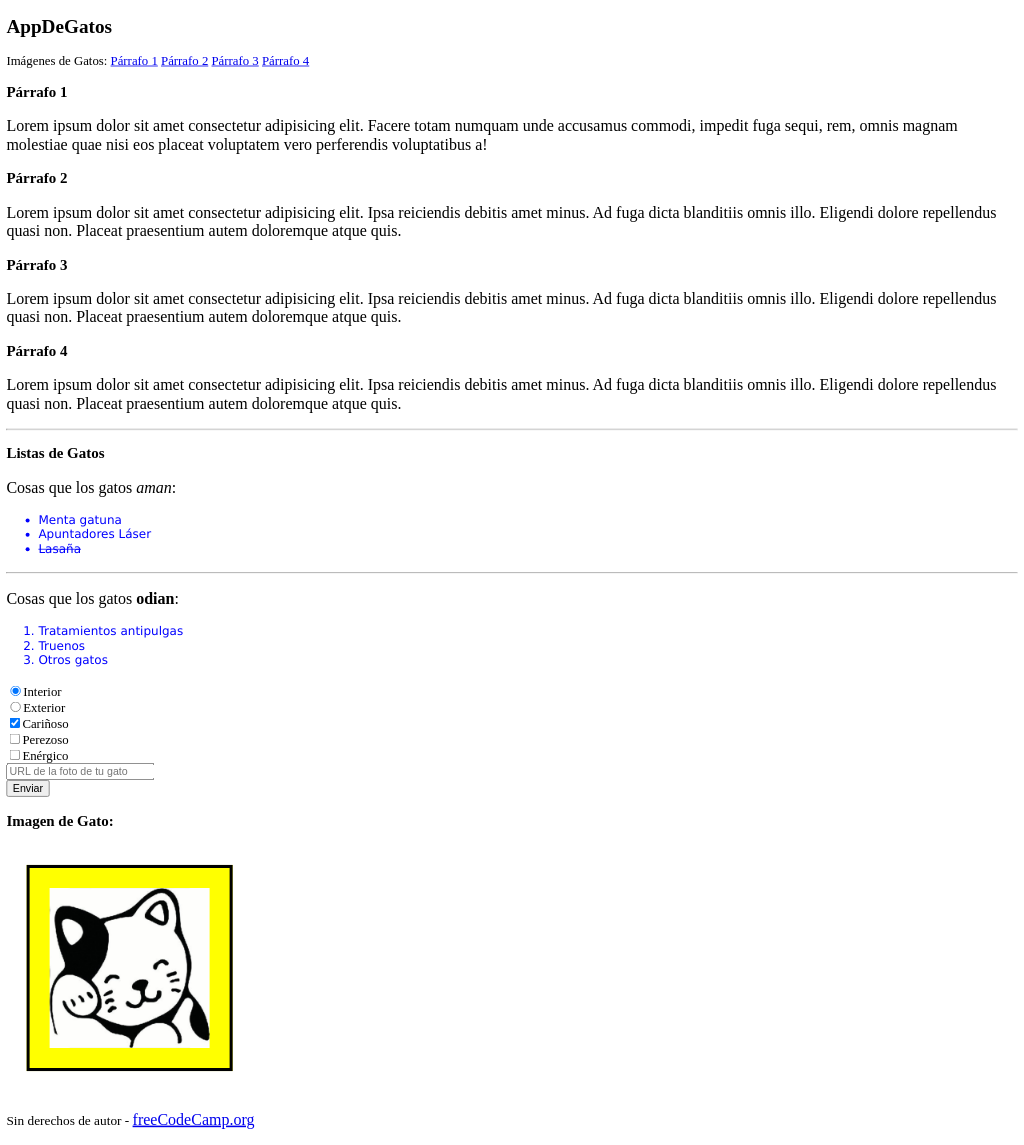
Repository: pedro-donoso/curso-html---css
Page: index.html
These files come from the project's save history. The page is drawn as it stood at one moment and after the next save; the edit follows.
The browser window is 1280 px wide. The pictures show the whole page, at 80% of full size.

Above is the page before, as saved 2023-11-17 11:54:08.

After the next save:
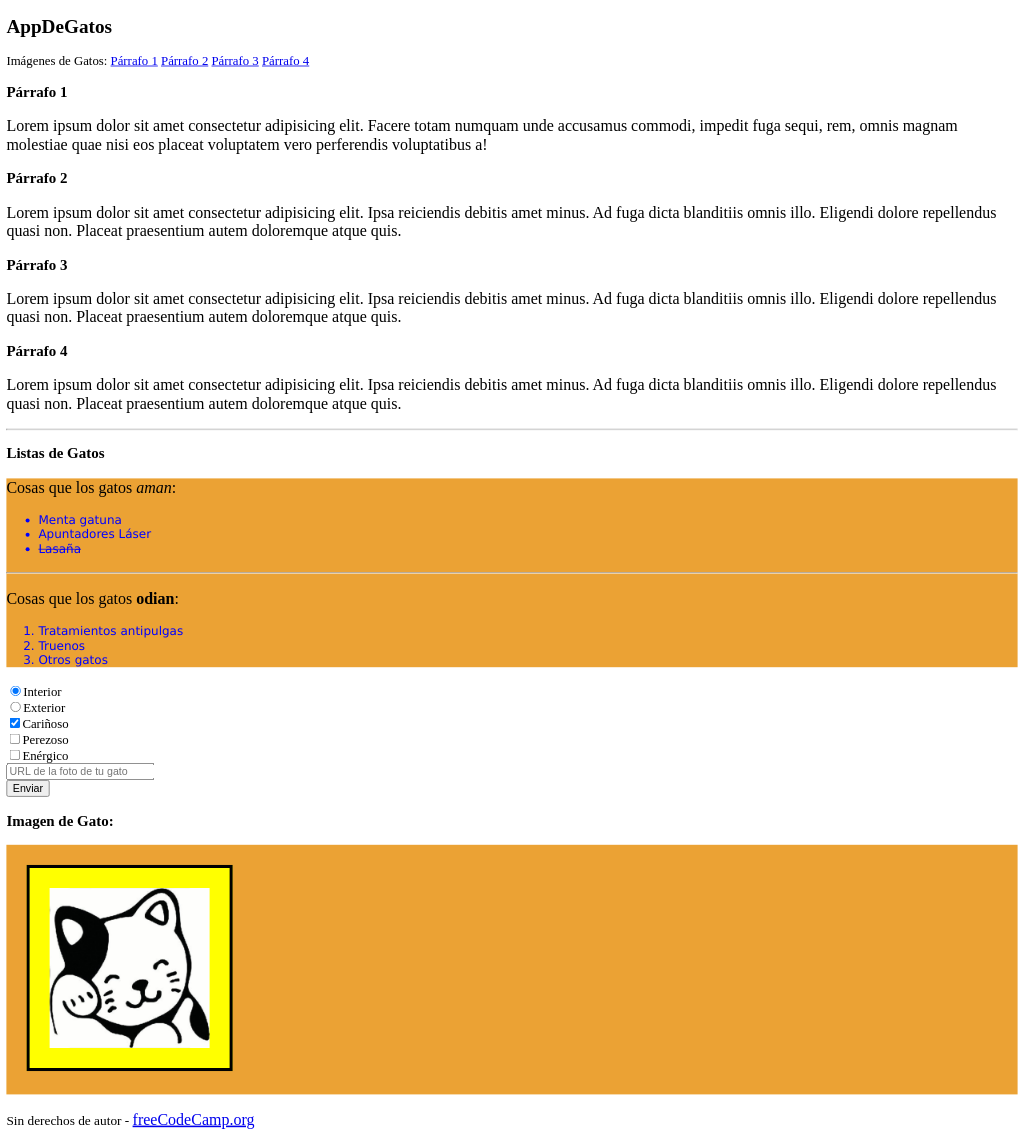
Saved 48 s later.
--- a/style.css
+++ b/style.css
@@ -11,7 +11,7 @@
 }
 
 div {
-  background-color: #;
+  background-color: #eba234;
 }
 
 img {
